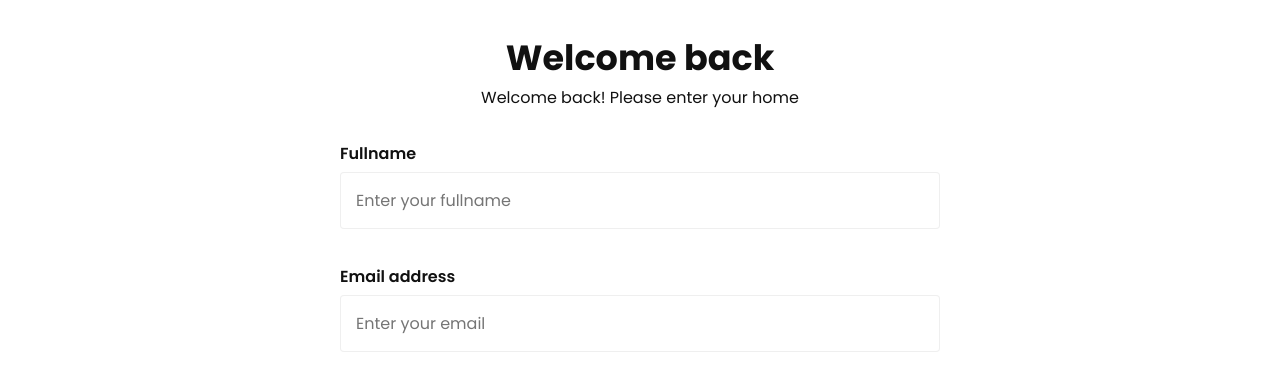
Repository: hoang0508/ReactJs-Fruits
Page: /sign-up
The author's editor kept a copy of each file at every save. The page is drawn from the files as they stood at one save, then again after the next save.
The browser window is 1280 px wide. The pictures show the whole page.
The project was rebuilt for these pictures with package versions that can differ from the ones it lists, and the page was loaded fresh each time. Also part of the build but not shown: src/Pages/NotFoundPage.js, src/hooks/useHookAPI.js, src/hooks/useLocalStrorage.js, src/components/context/Auth-Context.js, src/components/Media/Social.scss, src/components/Media/Social.js, src/components/Footer/Footercoppy.js, src/components/Footer/Footer.js and 33 more.

Above is the page before, as saved 2022-05-12 10:04:25.

After the next save:
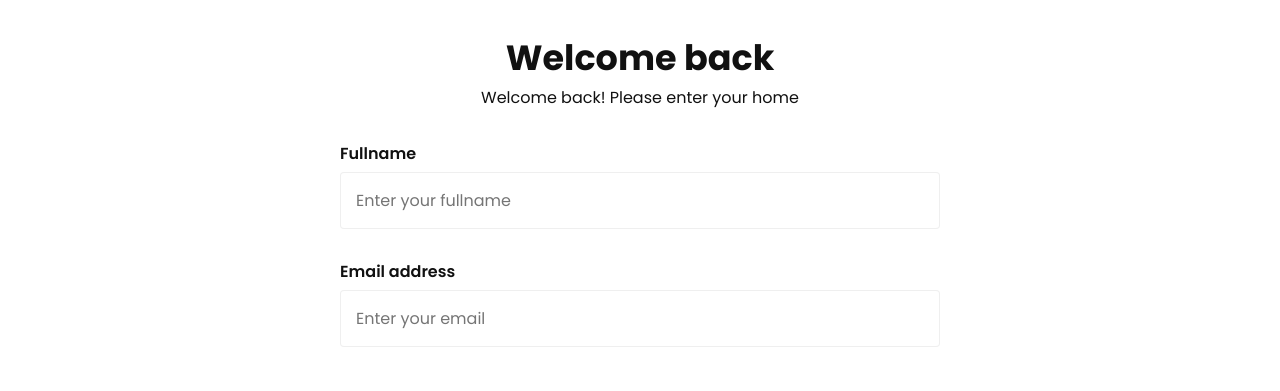
Saved 25 s later.
--- a/src/components/Field/Field.js
+++ b/src/components/Field/Field.js
@@ -5,7 +5,7 @@ const FieldStyles = styled.div`
   display: flex;
   flex-direction: column;
   gap: 10px 0;
-  margin-bottom: 40px;
+  margin-bottom: 35px;
   &:last-child {
     margin-bottom: 0px;
   }
